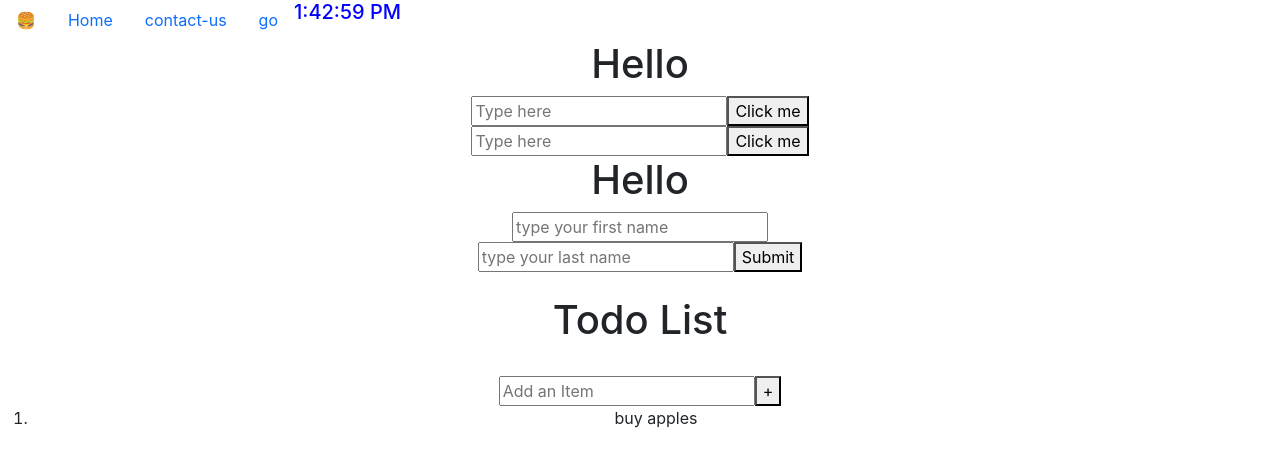
Repository: shah-zx/React-learning
Page: /about
These files come from the project's save history. The page is drawn as it stood at one moment and after the next save; the edit follows.
The browser window is 1280 px wide. The pictures show the whole page.
The project was rebuilt for these pictures with package versions that can differ from the ones it lists, and the page was loaded fresh each time. Also part of the build but not shown: src/components/Greet.js, src/components/Welcome.js, src/components/Swagat.js, src/components/Namaste.js, src/components/Hello.js, src/components/ayiye.js, src/components/Message.js, src/components/Thought.js and 47 more. Imported but missing from the stored project, and not drawn on this page: src/components/Indexaskeyantipattern.

Above is the page before, as saved 2021-11-12 22:28:24.

### public/index.html
<!DOCTYPE html>
<html lang="en">
  <head>
    <meta charset="utf-8" />
    <link rel="icon" href="%PUBLIC_URL%/favicon.ico" />
    <meta name="viewport" content="width=device-width, initial-scale=1" />
    <meta name="theme-color" content="#000000" />
    <meta
      name="description"
      content="Textutility is a text based utility whuc can be used to manipulate your text in way you want"
    />
    <link rel="apple-touch-icon" href="%PUBLIC_URL%/logo192.png" />
    <!--
      manifest.json provides metadata used when your web app is installed on a
      user's mobile device or desktop. See https://developers.google.com/web/fundamentals/web-app-manifest/
    -->
    <link rel="manifest" href="%PUBLIC_URL%/manifest.json" />
    <!--Bootstrap CSS-->
    <link href="https://cdn.jsdelivr.net/npm/bootstrap@5.1.3/dist/css/bootstrap.min.css" rel="stylesheet" integrity="sha384-1BmE4kWBq78iYhFldvKuhfTAU6auU8tT94WrHftjDbrCEXSU1oBoqyl2QvZ6jIW3" crossorigin="anonymous">
    <!--
      Notice the use of %PUBLIC_URL% in the tags above.
      It will be replaced with the URL of the `public` folder during the build.
      Only files inside the `public` folder can be referenced from the HTML.

      Unlike "/favicon.ico" or "favicon.ico", "%PUBLIC_URL%/favicon.ico" will
      work correctly both with client-side routing and a non-root public URL.
      Learn how to configure a non-root public URL by running `npm run build`.
    -->
    <title>Infuzex</title>
  </head>
  <body>
    <noscript>You need to enable JavaScript to run this app.</noscript>
    <div id="root"></div>
    <div id="portal-root"></div>

    <!--
      This HTML file is a template.
      If you open it directly in the browser, you will see an empty page.

      You can add webfonts, meta tags, or analytics to this file.
      The build step will place the bundled scripts into the <body> tag.

      To begin the development, run `npm start` or `yarn start`.
      To create a production bundle, use `npm run build` or `yarn build`.
    -->
    <!--Bootstrap JS-->
  <script src="https://cdn.jsdelivr.net/npm/bootstrap@5.1.3/dist/js/bootstrap.bundle.min.js" integrity="sha384-ka7Sk0Gln4gmtz2MlQnikT1wXgYsOg+OMhuP+IlRH9sENBO0LRn5q+8nbTov4+1p" crossorigin="anonymous"></script>
 </body>
</html>

### src/App.js
import logo from './logo.svg';
import './App.css';
import React, { useState } from 'react';
import Greet from './components/Greet'
import Welcome from './components/Welcome'
import Swagat from './components/Swagat'
import Namaste from './components/Namaste'
import Hello from './components/Hello'
import Ayiye from './components/ayiye';
import Message from './components/Message'
import Thought from './components/Thought'
import Counter from './components/Counter'
import Functionalclick from './components/Functionalclick'
import Eventbind from './components/Eventbind'
import ParentComponent from './components/ParentComponent';
import CoditionalRendering from './components/CoditionalRendering';
import Namelist from './components/Namelist';
import Indexaskeyantipattern from './components/Indexaskeyantipattern'
import Stylesheet from './components/Stylesheet'
import Inline from './components/Inline'
import './appStyles.css'
import styles from './appStyles.module.css'
import Form from './components/Form';
import Fragments from './components/Fragments';
import Tables from './components/Tables';
import Columns from './components/Columns';
import Purecomponents from './components/Purecomponents'
import Parentcomp from './components/Parentcomp';
import MemoComp from './components/MemoComp'
import RefsDemo from './components/RefsDemo';
import Focusinput from './components/Focusinput'
import FRparentinput from './components/FRparentinput';
import Portaldemo from './components/Portaldemo'
import Practice1 from './components/Practice1';
import Practice2 from './components/Practice2';
import Clickcounter from './components/Clickcounter';
import HoverCount from './components/HoverCount'
import Componentone from './components/Componentone'
import ClickcounterTwo from './components/ClickcounterTwo';
import HovercounterTwo from './components/HovercounterTwo'
import Hovering from './components/Hovering';
import User from './components/User'
import Counterforcountandhover from './components/Counterforcountandhover';
import Navbar from './components/Navbar';
import TextForm from './components/TextForm';
import About from './components/About';
import Alert from './components/Alert';
import {
  BrowserRouter as Router,
  Switch,
  Route,
  Link

} from "react-router-dom";
import One from './practice_components/One';
import Alert_pr from './practice_components/Alert_pr';
import Footer from './components/Footer';
import Textarea from './practice_components/Textarea';
import NotesState from '../src/context/notes/NotesState'
import Hooks from './practice_components/Hooks';
import Time from './practice_components/Time';
import Dclock from './practice_components/Dclock';
import Handlingevents from './practice_components/Handlingevents'
import Forms from './practice_components/Forms';
import Login from './practice_components/Login';
import Todo from './practice_components/Todo'
function App() {
  // const [darkMode , setDarkMode] = useState(false)  // Wether dark mode is enabled or disabled //
  const [alert, setAlert] = useState(null);  // This is used for setting the state //
  const showAlert = (message, type) => {    // This is for showing the alert

    setAlert({
      msg: message,
      type: type
    })
    setTimeout(() => {  // This will help us to fade out the text message after 2 seconds //
      setAlert(null);
    }, 2000);
  }

  return (
    <>
    <NotesState>
      <Router>

        <div className="App">
          {

            <Navbar title= "🍔" Abouttext="Home" cont="contact-us" hello="go" />
       // Passing the props //
      /*      <Greet name = "hamza" heroName = "Batman"/>
      {/* <Greet name = ""  <Greet name = "shahnawaz" superName = "Superman"/>
      <Greet name = "rahul" wonderName = "women"/>

      {/*<Welcome />
      <Swagat />
      <Namaste />
      <Hello />
      <Ayiye naam="shahnawaz" elder="Brother" />
      <Ayiye naam="hamza" younger="Brother" /> */}
          {/* <Greet name="shahnawaz" heroName="Batman" /> */}
          {/* <Greet /> */}
          {/* <Welcome name="Hamza" heroName="Superman" /> */}
          {/* <Message />
      <Thought />
      <Counter /> */}
          {/* <ParentComponent /> */}
          {/* <Functionalclick /> */}
          {/* <Eventbind /> */}
          {/* <CoditionalRendering /> */}
          {/* <Namelist />  */}
          {/* <Indexaskeyantipattern /> */}
          {/* <Stylesheet primary = {true} />
      <Inline />
      <h1 className='error'>Error</h1>
      <h1 className={styles.success}>Success</h1>
      <Form /> */}
          {/* <Purecomponents /> */}
          {/* <Fragments /> */}
          {/* <Tables /> */}
          {/* <Parentcomp /> */}
          {/* <MemoComp /> */}
          {/* <Practice1 naam="romeo" herokanaam="billu" /> */}
          {/* <Hello />
      <RefsDemo />
      <Focusinput />
      <FRparentinput />
      <Portaldemo /> */}
          {/* <Practice2 /> */}
          {/* <Clickcounter /> */}
          {/* <HoverCount /> */}
          {/* <Componentone /> */}
          {/* <ClickcounterTwo /> */}
          {/* <HovercounterTwo /> */}
          {/* <Hovering /> */}
          {/* <User render={(isLoggedIn) => isLoggedIn ? 'Rendered' : 'Guest'} />   */}
          {/* <Counterforcountandhover render = {(count , incrementCount) => <ClickcounterTwo count = {count} incrementCount = {incrementCount}/> }/> */}
          {/* <Counterforcountandhover render = {(count , incrementCount) => <Hovering count = {count} incrementCount = {incrementCount}/> }/> */}
          {/* <Hooks/>
          <Time /> */}
          <Forms/>
          {/* <Handlingevents /> */}
          <Login />
          <Todo />
          <Alert alert={alert} />
          {/* <div className="alert">
            <Alert_pr showAlert={showAlert} />
          </div>
          <div classname="greet">
            <Greet />
          </div>
          <div className="container my-3" >
            <Switch>
              <Route path="/about">
                <About />
                {/* <Ayiye/> */}
              {/* </Route>
              <Route path="/">
                <TextForm showAlert={showAlert} heading="Enter the text to see :" />
                <div className="txt">
                  <Textarea st="checkbox"/>
                </div>
                <div className="red_card">
                  <One />
                  <div className="container">
                    <Footer heading = "Footer" link1 = "Facebook" ls = "Twitter" oneLink = "Instagram" secLink = "LinkedIn"/>
                  </div>
                </div>
              </Route>
            </Switch>
            {/* <About /> */}
          </div>
          {/* <About /> */}
        {/* </div> */}
      </Router>
    </NotesState>
    </>
  );
}

export default App;  // This is the place where we have exported our App //

// Functional components : takes properties ( a js function takes the props and returns the jsx code --> HTML code )
// As soon as we import the Greet Component we have to import it to our main App.js and use it as an html tag
// Class components : They can also recieve input as props and retun html code
// It can maintain some data private to that component
// The user component will make sure the user is logged in or not

### src/App.css
.App {
  text-align: center;
}

.App-logo {
  height: 40vmin;
  pointer-events: none;
}

@media (prefers-reduced-motion: no-preference) {
  .App-logo {
    animation: App-logo-spin infinite 20s linear;
  }
}

.App-header {
  background-color: #282c34;
  min-height: 100vh;
  display: flex;
  flex-direction: column;
  align-items: center;
  justify-content: center;
  font-size: calc(10px + 2vmin);
  color: white;
}

.App-link {
  color: #61dafb;
}

@keyframes App-logo-spin {
  from {
    transform: rotate(0deg);
  }
  to {
    transform: rotate(360deg);
  }
}

/*
.red_card {
  display: flex;
  flex-wrap: wrap;
} */

.container {
  margin-top: 2em;
}
.time{
  display: flex;
}

### src/components/Navbar.js
// Here we are making a navbar component //

import React from 'react'
import PropTypes from 'prop-types' // Importing the proptypes from props //
import {Link} from 'react-router-dom' // Importing the Link  , thing to remember : exporting not as DEFAULT //
import Dclock from '../practice_components/Dclock'
export default function Navbar(props) {

    return (
      <>
        <ul className="nav">
        <li className="nav-item">
          <Link className="nav-link active" aria-current="page" to="/">{props.title}</Link>
        </li>
        <li className="nav-item">
          <Link className="nav-link" to="about">{props.Abouttext}</Link>
        </li>
        <li className="nav-item">
          <Link className="nav-link" to="/">{props.cont}</Link>
        </li>
        <li className="nav-item">
          <a className="nav-link">{props.hello}</a>
        </li>
        <li>
      <Dclock/>
        </li>
      </ul>
      </>
    )
}
Navbar.propTypes = {      // These are our navbar properties //
                      title : PropTypes.string.isRequired ,
                      Abouttext : PropTypes.string
                   }

Navbar.defaultProps = {title : 'set title here' ,
                        Abouttext : 'set abouttext here'
                    }

### src/context/notes/NotesState.js
import react, { useState } from 'react';
import noteContext from './noteContext'

const NotesState = (props) => {
    const s1 = {
        "name": "Shahnawaz",
        "class": "5a"
    }
    const [state, setState] = useState(s1)
    const update = () => {
        setTimeout(() => {
            setState({
                "name": "hamza",
                "class": "12a"
            })
        }, 3000);
    }
    return (
        <noteContext.Provider value={{ state, update }}>
            {props.children}
        </noteContext.Provider>


    )
}

export default NotesState;

### src/practice_components/Dclock.jsx
import React , {useState} from 'react'

function Dclock() {

   let time = new Date().toLocaleTimeString();

   const[ctime , setTime] = useState(time)

   const updateTime = () => {
      let newtime = new Date().toLocaleTimeString();
      setTime(newtime)
   }

   setInterval(updateTime,1000) // This function will take a call back function and the interval after which the event will take place

    return (
        <>
            <h3 className = "time" style={{color : "blue" , fontSize : "20px"}}>{ctime}</h3>
        </>
    )
}

export default Dclock

### src/practice_components/Forms.jsx
import React, { useState } from 'react'



function Forms() {

    const [fullName, setfullName] = useState({
        fname : "" ,
        lname : "" ,
    });

    const inputEvent = (event) => {  // We are passing the text we will be weiting in the input in an object called event
        // setName(event.target.value)
    };

    const onSubmits = (event) => {
        event.preventDefault();
        alert('Form submitted successfully')
    }


    const handleChange = () => {
        // setFullName(name);
    }
    return (
        <>
        <div className="main_div">
        <form onSubmit = {onSubmits}>
            <h1>Hello {fullName.fname} {fullName.lname}</h1>
            <input type="text"
                placeholder="Type here"
                value={fullName.fname}
                onChange={inputEvent}
                name = "fname">
                </input>
            <button onClick={handleChange}
                type="submit">Click me </button>
            <br />
            <input type="text"
                placeholder="Type here"
                value={fullName.lname}
                onChange={inputEvent}
                name = "lname">
                </input>
            <button onClick={handleChange}
                type="submit">Click me </button>
                </form>
                </div>
        </>
    )
}

export default Forms

// Note : as we do for button , which is onClick , we do for input field also : that is onChange
//    console.log(event.target.value)  // accessing our text

### src/practice_components/Login.jsx
import React, { useState } from 'react'

function Login() {

  const [name, setName] = useState("")

  const [lastName, setLastName] = useState("");

  const [fullName, setfullName] = useState("")

  const [lastNamenew , setlastNamenew] = useState("")

  const onSubmits = (event) => {
    event.preventDefault();  // This will help in preventing the default behaviour of the form
    setfullName(name)
    setlastNamenew(lastName)
  }

  const handleThat = (event) => {
    setName(event.target.value);
  }

  const handleThattwo = (event) => {
    setLastName(event.target.value)
  }

  return (
    <>
      <div className="main_div">
        <form onSubmit={onSubmits}>
          <h1>Hello {fullName} {lastNamenew}</h1>
          <input
            onChange={handleThat}
            type="text"
            placeholder="type your first name"
            value={name}>
          </input>
          <br/>
          <input
          type = "text"
          onChange = {handleThattwo}
          placeholder = "type your last name"
          value = {lastName}>
          </input>
          <button type="submit">Submit</button>
        </form>
      </div>
    </>
  )
}

export default Login

### src/practice_components/Todo.js
import React from 'react'

function App() {
    return (
        <div className="main_div">
        <div className="center_div">
            <br />
            <h1>Todo List</h1>
            <br />
            <input type="text" className="" placeholder = "Add an Item" />
            <button> + </button>
            <ol>
                <li>buy apples</li>
            </ol>
        </div>

        </div>
    )
}

export default App

### src/context/notes/noteContext.js
import { createContext } from "react";
const noteContext = createContext();   // Here we craeted a new context which will hold our states


export default noteContext;


// Here we have formed the context API

Loaded but not shown: src/index.js (common file); src/index.css (common file); src/reportWebVitals.js (common file)

After the next save:
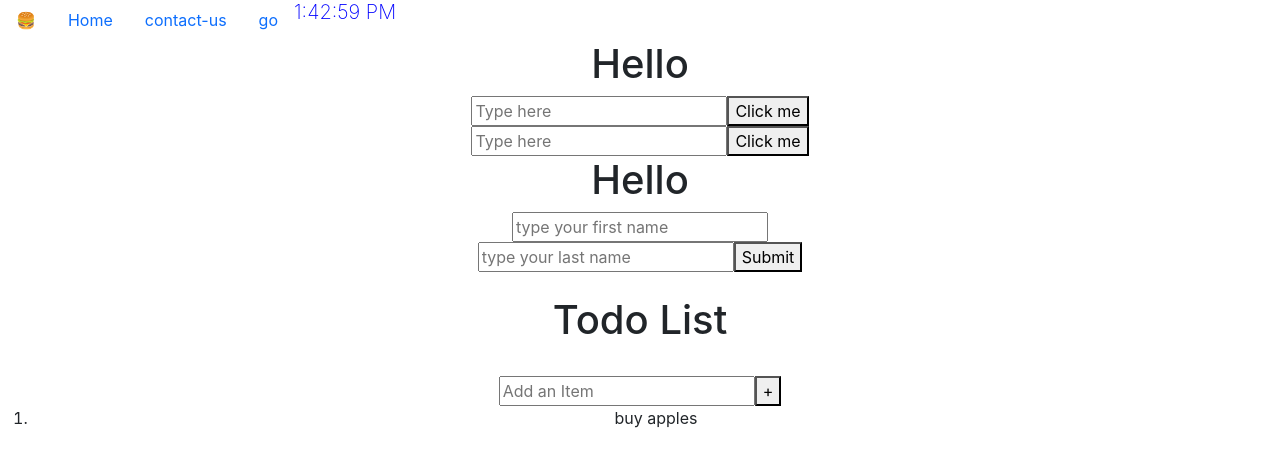
Saved 18 s later.
--- a/src/App.css
+++ b/src/App.css
@@ -48,4 +48,5 @@
 }
 .time{
   display: flex;
+  font-weight: 200;
 }
